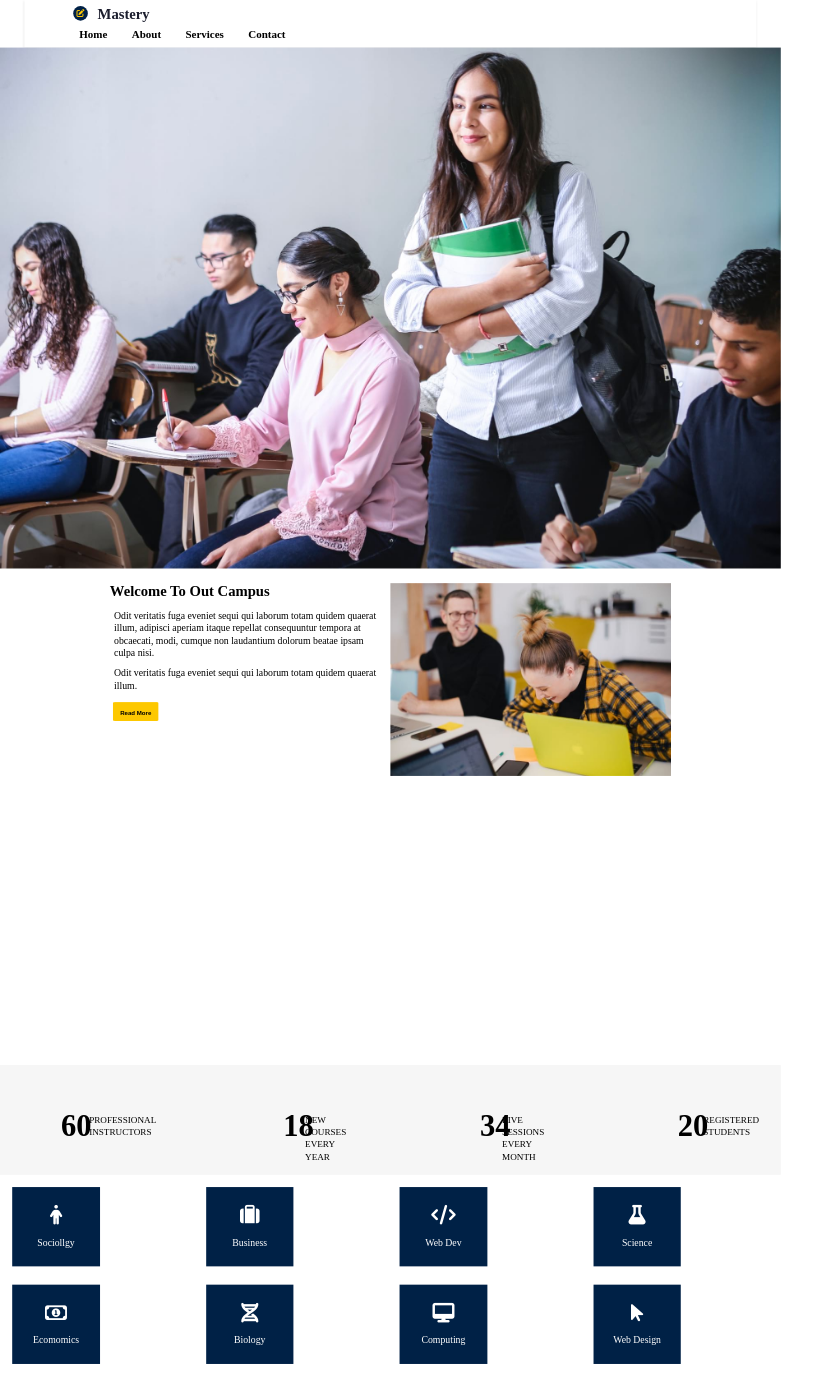
Repository: trminhphuc1504/Mastery
Page: index.html
An editor plug-in stored every save of this project. The page is shown before and after the next save, followed by the edit.
The browser window is 1280 px wide. The page is 1358 px wide, so the pictures cover 1358 px, including what lies to the right of the window. The pictures show the whole page, at 61% of full size.
Some web libraries are served in a nearby version.

Above is the page before, as saved 2024-08-24 13:33:33.

### index.html
<!DOCTYPE html>
<html lang="en">
  <head>
    <meta charset="UTF-8" />
    <meta http-equiv="X-UA-Compatible" content="IE=edge" />
    <meta name="viewport" content="width=device-width, initial-scale=1.0" />

    <!-- Font Awesome -->
    <link
      rel="stylesheet"
      href="https://cdnjs.cloudflare.com/ajax/libs/font-awesome/6.6.0/css/all.min.css"
    />

    <link rel="stylesheet" href="./css/style.css" />
    <title>Mastery</title>
  </head>
  <body>
    <!-- Header -->
    <section id="header">
      <div class="container">
        <header>
          <div class="header-logo">
            <a href="#" class="logo">
              <i class="fa-solid fa-pen-to-square"> </i>
              <span class="header-title">Mastery</span>
            </a>
          </div>

          <nav class="header-nav">
            <ul>
              <li>
                <a href="#">Home</a>
              </li>
              <li>
                <a href="#">About</a>
              </li>
              <li>
                <a href="#">Services</a>
              </li>
              <li>
                <a href="#">Contact</a>
              </li>
            </ul>
          </nav>
        </header>
      </div>
    </section>

    <!-- poster -->
    <section id="poster">
      <div class="poster-img">
        <img src="./images/2.jpg" alt="poster" />
      </div>
    </section>

    <!-- banner -->

    <section id="banner">
      <div class="banner-content">
        <div class="banner-container">
          <div class="banner-item">
            <div id="left">
              <h2 class="banner-title">Welcome To Out Campus</h2>
              <p class="banner-desc">
                Odit veritatis fuga eveniet sequi qui laborum totam quidem
                quaerat illum, adipisci aperiam itaque repellat consequuntur
                tempora at obcaecati, modi, cumque non laudantium dolorum beatae
                ipsam culpa nisi.
              </p>
              <p>
                Odit veritatis fuga eveniet sequi qui laborum totam quidem
                quaerat illum.
              </p>
              <div class="banner-button">
                <button class="banner-btn"><b> Read More </b></button>
              </div>
            </div>
            <div id="right">
              <img src="./images/g1.jpg" alt="banner" />
            </div>
          </div>
        </div>
        <!-- <div class="banner-button">
          <button class="banner-btn"><b> Read More </b></button>
        </div> -->
        <!-- <div id="right">
          <img src="./images/g1.jpg" alt="banner" />
        </div> -->
      </div>
    </section>

    <!-- content -->
    <section id="content">
      <div class="content-container">
        <div class="content-content">
          <div class="content-item">
            <h3>60</h3>
            <p>Professional Instructors</p>
          </div>
          <div class="content-item">
            <h3>18</h3>
            <p>New Courses Every Year</p>
          </div>
          <div class="content-item">
            <h3>34</h3>
            <p>Live Sessions Every Month</p>
          </div>
          <div class="content-item">
            <h3>20</h3>
            <p>Registered Students</p>
          </div>
        </div>
      </div>
    </section>

    <section id="banner">
      <div class="banner-container">
        <div class="banner-content">
          <div class="banner-items">
            <div class="banner-slide">
              <i class="fa-solid fa-person"></i>
              <p>Sociollgy</p>
            </div>
          </div>
          <div class="banner-items">
            <div class="banner-slide">
              <i class="fa-solid fa-suitcase"></i>
              <p>Business</p>
            </div>
          </div>
          <div class="banner-items">
            <div class="banner-slide">
              <i class="fa-solid fa-code"></i>
              <p>Web Dev</p>
            </div>
          </div>
          <div class="banner-items">
            <div class="banner-slide">
              <i class="fa-solid fa-flask"></i>
              <p>Science</p>
            </div>
          </div>
          <div class="banner-items">
            <div class="banner-slide">
              <i class="fa-regular fa-money-bill-1"></i>
              <p>Ecomomics</p>
            </div>
          </div>
          <div class="banner-items">
            <div class="banner-slide">
              <i class="fa-solid fa-dna"></i>
              <p>Biology</p>
            </div>
          </div>
          <div class="banner-items">
            <div class="banner-slide">
              <i class="fa-solid fa-desktop"></i>
              <p>Computing</p>
            </div>
          </div>
          <div class="banner-items">
            <div class="banner-slide">
              <i class="fa-solid fa-arrow-pointer"></i>
              <p>Web Design</p>
            </div>
          </div>
        </div>
      </div>
    </section>
  </body>
</html>

### css/style.css
* {
    margin: 0;
    padding: 0;
    box-sizing: border-box;
}

a{
    text-decoration: none;
}

.container{
    max-width: 1200px;
    margin: auto;
}



/* header .header-logo{
    background-color:pink;
    padding: 20px ;
} */

/* Header */

header{
    background-color:white;
    padding: 10px 0;
    box-shadow: 0 2px 4px rgba(0, 0, 0, 0.1);
}

.header-logo{
    display: flex;
    align-items:center;
    margin-left: 80px;
    margin-bottom: 10px;
}

.logo{
    font-size:24px;
    text-decoration: none;
    text-align: center;

}

.logo i{
    width: 24px;
    height: 24px;
    margin-right: 10px;
    line-height: 24px;
    border-radius:50%;
    background-color:#002146;
    font-size: 13px;
    vertical-align: top;
    color:#FDC800;
    display: inline-block;
}


.header-nav ul{
    list-style: none;
    display: flex;
    gap: 40px;
    display: flex;
    align-items: center;
    margin-left:90px;
}


.logo .header-title{
    color:#1B1D2D;
    font-weight: 700;
}


.header-nav ul li a{
    font-size:18px;
    color:#000;
    font-weight: 600;
}

/* Poster */
.poster-img img{
    width:100%;
}

/* Banner */
.banner-content .banner-container{
    margin:auto;
    width:75%;
    padding-top: 50px;
    padding-bottom: 120px;
}

 .banner-content .banner-container .banner-item #left{
    float:left;
    width: 50%;
}

 /* .banner-content .banner-container{
    padding-top: 50px;
} */

.banner-content .banner-container .banner-item #right{
    float:right;
    width: 50%;
}

 .banner-content .banner-container .banner-item #right img{
    width: 100%;
}

.banner-content .banner-container .banner-item #left .banner-title{
    padding-bottom: 10px;
}

/* .banner-content .banner-container .banner-item #left .banner-title .banner-desc p{
    margin-bottom: 30px;
    margin-top: 20px;
} */

#left p{
    padding: 7px;
    line-height: 20px;
    /* margin-top: px; */
}



.banner-button .banner-btn{
    background-color:#FDC800;
    padding: 5px 10px;
    font-weight: 400;
    font-size: 15px;
    outline: none;
    border:2px solid transparent;
    margin: 10px 5px;
    border-radius:5%;
}

.banner-button .banner-btn b{
    font-size: 10px;
}


/* Content */
#content {
    margin-top: 450px;
    background-color: #F6F6F6;
    height: 180px;
}

.content-container .content-content{
    display: flex;
    --number-item:4
    --gap:50px
    gap: var(--gap);
    /* gap:50px; */
}

.content-content .content-item{
    display: flex;
    gap:5px;
    padding: 70px 100px;
    width: calc((100% - calc(var(--number-item) - 1) * var(--gap)) / var(--number-item));
}



.content-content .content-item h3{
    font-size: 50px;
    width: 25%;
}

.content-content .content-item p{
    text-transform: uppercase;
    font-size: 15px;
    padding-top: 10px;
    width: 50%;
    font-weight: 500;
    line-height: 20px;
}


/* Banner */
#banner .banner-container{
    padding:20px;
}

#banner .banner-content{
    display: flex;
    flex-wrap: wrap;
    justify-content: space-between;
    --number-item:4;
    --gap:30px;
    gap:var(--gap);

}

#banner .banner-items{
    width: calc((100% - calc(var(--number-item) - 1) * var(--gap)) / var(--number-item));
    box-sizing:border-box;
}

#banner .banner-slide{
    padding:30px 5px;
    background-color:#002146;
    display: flex;
    flex-direction: column;
    align-items:center;
    justify-content: center;
    text-align: center;
    width: 50%;
}

.banner-slide p{
    color:#fff;
    margin-top: 20px;
}

.banner-slide i{
    color:#fff;
    /* 1rem = 16px */
    font-size: 2rem;
}

After the next save:
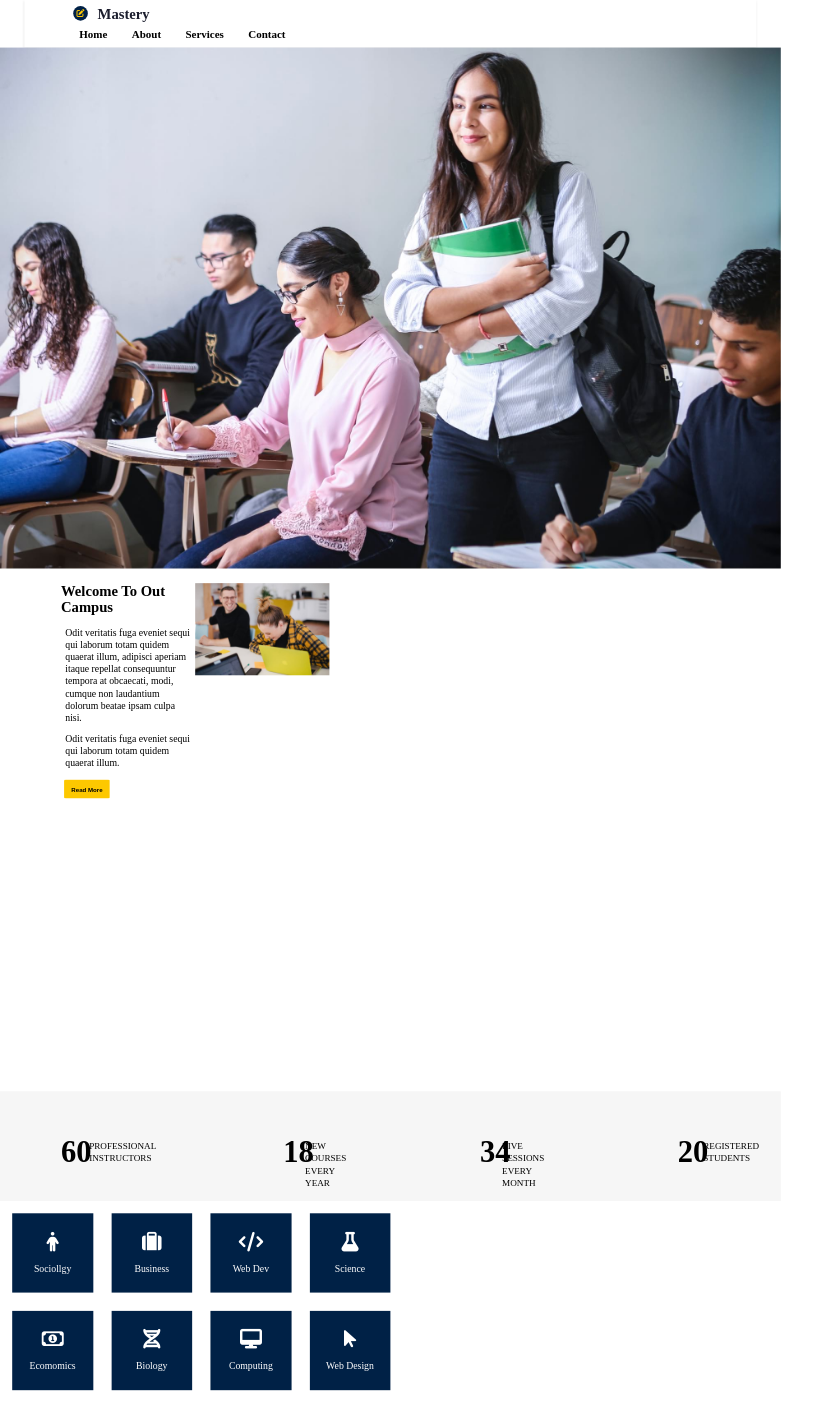
Saved 29 s later.
--- a/css/style.css
+++ b/css/style.css
@@ -193,6 +193,7 @@ header{
     --number-item:4;
     --gap:30px;
     gap:var(--gap);
+    width:50%;
 
 }
 
@@ -209,7 +210,6 @@ header{
     align-items:center;
     justify-content: center;
     text-align: center;
-    width: 50%;
 }
 
 .banner-slide p{
